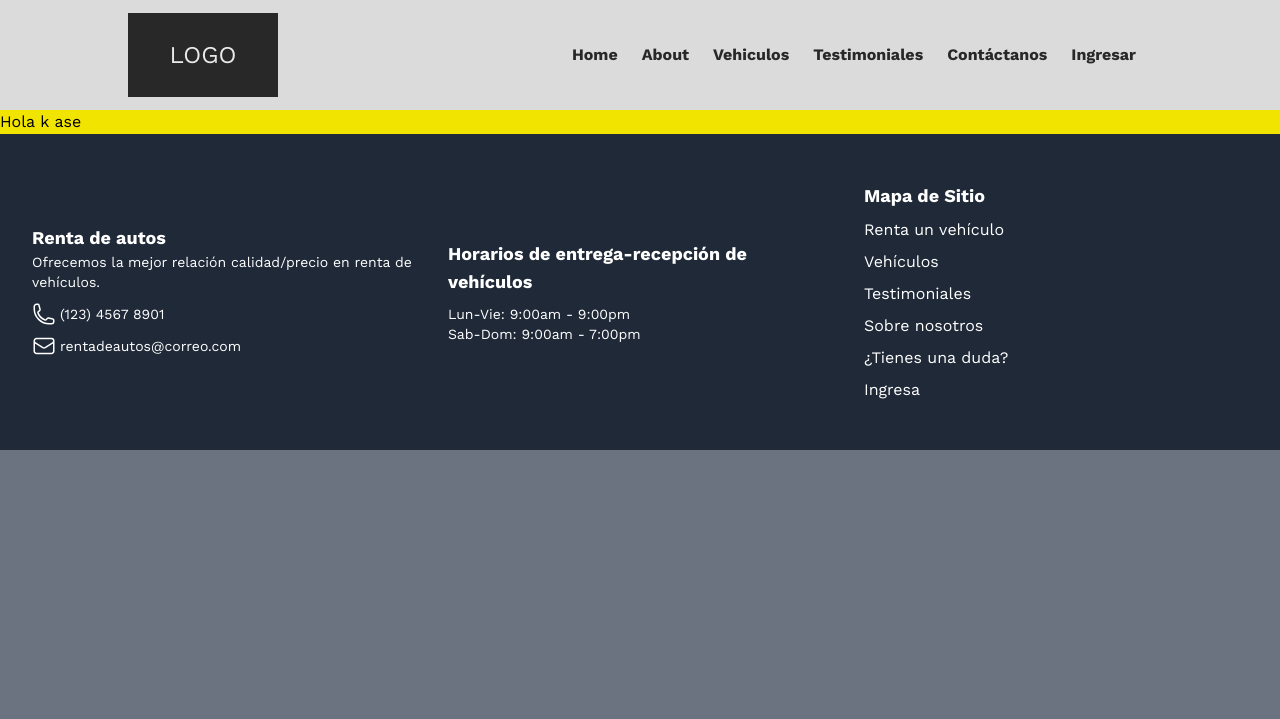
Repository: aldovelacasas/PF_RentCar2
Page: /
The author's editor kept a copy of each file at every save. The page is drawn from the files as they stood at one save, then again after the next save.
The browser window is 1280 px wide. The pictures show the whole page.
The project was rebuilt for these pictures with package versions that can differ from the ones it lists, and the page was loaded fresh each time. The framework's server and built-in components were replaced by stand-ins that run in the browser. Also part of the build but not shown: next.config.js.

Above is the page before, as saved 2023-08-30 09:43:01.

### src/app/layout.jsx
import "./globals.css";
import Navbar from "@/components/Navbar/Navbar";
import Footer from "@/components/footer";
import { Inter } from "next/font/google";

const inter = Inter({ subsets: ["latin"] });

export const metadata = {
  title: "Create Next App",
  description: "Generated by create next app",
};

export default function RootLayout({ children }) {
  return (
    <html lang="en">
      <body className={inter.className}>
        <Navbar />
        <div className="">{children}</div>
        <Footer />
      </body>
    </html>
  );
}

### src/app/page.jsx
function HomePage() {
  return (
    <div className="bg-amarillo_status">
      <p>Hola k ase</p>
    </div>
  );
}

export default HomePage;

### src/app/api/bookings/route.js
import { NextResponse } from "next/server";
import {conn} from "@/libs/mysql";

export async function POST (request) {
    try {
      const {userID, productID, fecha_inicio, fecha_fin,  }= await request.json();
      const statusB=1

      const result  = await conn.query("INSERT INTO bookings SET ?", {
          userID,
          productID,
          fecha_inicio,
          fecha_fin,
          statusB
      })

      return NextResponse.json({
          userID,
          productID,
          fecha_inicio,
          fecha_fin,
          statusB,
          id: result.insertId,

      })

    } catch (error) {
      console.log(error);
      return NextResponse.json(
      {
          message: error.message,
      },
      {
          status:500,
      }
      );
    }

  }

### src/app/api/products/[id]/route.js
import { NextResponse } from "next/server";
import {conn} from "@/libs/mysql"

export async function GET(request,{params}){
  try {
    const result = await conn.query("SELECT * FROM product WHERE id = ?", [params.id])
    if(result.length === 0 ){
        return NextResponse.json(
         {
            message: "producto no encontrado",
         },
         {
            status:404,
         }
        );
    }
    return NextResponse.json(result[0])
  } catch (error) {
    return NextResponse.json(
        {
            message:error.message,
        },
        {status: 500}
    )
  }
}

export async function DELETE (request,{params} ){
    try {
     const result = await conn.query("DELETE FROM product WHERE id = ?", [params.id]);
     if(result.affectedRows === 0){
         return NextResponse.json({message:"Producto no encontrado"},{status:404})
     }

     return new Response (null, {status: 204})
 } catch (error) {
     return NextResponse.json({message:error.message},{status:500})
 }
    }

export async  function PUT(request, {params}){
   try {
    const data = await request.json()
    const result = await conn.query("UPDATE product SET ? WHERE id = ?", [data , params.id])

    if (result.affectedRows === 0) {
        return NextResponse.json(
        {
            message: "producto no encontrado",
        },
        {
            status: 400,
        }
        )
    }
     const updateProduct = await conn.query("SELECT * FROM product WHERE id = ?", [params.id])

  return NextResponse.json(updateProduct[0])

   } catch (error) {
    return NextResponse.json(
        {
            message: error.message,
        },
        { status: 500}
    )
   }
}

### src/app/api/products/route.js
import { NextResponse } from "next/server";
import {conn} from "@/libs/mysql";

export async function GET(){
    try {
        const results = await conn.query("SELECT * FROM product");
        return NextResponse.json(results)

    } catch (error) {
        return NextResponse.json(
        {
          message: error.message,
        },
        {
            status:500,
        }

        );
    }
}

    export async function POST (request) {
  try {
    const {name, price, year, model, capacity, type, description, image, transmission,  }= await request.json();

    const result  = await conn.query("INSERT INTO product SET ?", {
        name,
        price,
        year,
        model,
        capacity,
        type,
        transmission,
        image,
        description

    })

    return NextResponse.json({
        name,
        price,
        year,
        model,
        capacity,
        type,
        transmission,
        image,
        description,
        id: result.insertId,

    })

  } catch (error) {
    console.log(error);
    return NextResponse.json(
    {
        message: error.message,
    },
    {
        status:500,
    }
    );
  }

}

### src/app/globals.css
@tailwind base;
@tailwind components;
@tailwind utilities;

body {
   @apply bg-gray-500; /* Fondo más claro */
   color: gray-800; /* Texto oscuro */
}

### src/components/NavBar/Navbar.jsx
"use client";

import Link from "next/link";
// import Image from "next/image";
import React, { useState } from "react";
// import Logo from "./Logo";
import NavItem from "./NavItem";
import "./nav.css";

const MENU_LIST = [
  { text: "Home", href: "/" },
  { text: "About", href: "/about" },
  { text: "Vehiculos", href: "/" },
  { text: "Testimoniales", href: "/" },
  { text: "Contáctanos", href: "/" },
  { text: "Ingresar", href: "/" },
];
const Navbar = () => {
  const [navActive, setNavActive] = useState(null);
  const [activeIdx, setActiveIdx] = useState(-1);

  return (
    <>
      <nav className={`nav navBar`}>
        <div className="boxLogo">
          <Link href="/about">
            <h1 className="logo">LOGO</h1>
          </Link>
          <div className="HomeLogo">
            <Link href="/">
              <span className="nav__item">Home</span>
            </Link>
          </div>
        </div>

        <div
          onClick={() => setNavActive(!navActive)}
          className={`nav__menu-bar`}>
          <div></div>
          <div></div>
          <div></div>
        </div>
        <div className={`${navActive ? "active" : ""} nav__menu-list`}>
          {MENU_LIST.map((menu, idx) => (
            <div
              onClick={() => {
                setActiveIdx(idx);
                setNavActive(false);
              }}
              key={menu.text}
              className={menu.text === "Home" ? "HomeMenu" : ""}>
              <NavItem
                active={activeIdx === idx}
                className={menu.text === "Home" ? "HomeMenu" : ""}
                {...menu}
              />
            </div>
          ))}
        </div>
      </nav>
    </>
  );
};

export default Navbar;

### src/components/footer.jsx
"use client";
import Link from "next/link";

function Footer() {
  return (
    <div className="bg-gray-800 text-white py-8 flex flex-col sm:flex-row justify-between items-center p-4 font-poppins">
      <div className="sm:w-1/3 p-4">
        <h3 className="text-lg font-semibold">Renta de autos</h3>
        <p className="text-sm">
          Ofrecemos la mejor relación calidad/precio en renta de vehículos.
        </p>
        <div className="flex items-center text-sm mt-2">
          <svg
            xmlns="http://www.w3.org/2000/svg"
            fill="none"
            viewBox="0 0 24 24"
            strokeWidth={1.5}
            stroke="currentColor"
            className="w-6 h-6">
            <path
              strokeLinecap="round"
              strokeLinejoin="round"
              d="M2.25 6.75c0 8.284 6.716 15 15 15h2.25a2.25 2.25 0 002.25-2.25v-1.372c0-.516-.351-.966-.852-1.091l-4.423-1.106c-.44-.11-.902.055-1.173.417l-.97 1.293c-.282.376-.769.542-1.21.38a12.035 12.035 0 01-7.143-7.143c-.162-.441.004-.928.38-1.21l1.293-.97c.363-.271.527-.734.417-1.173L6.963 3.102a1.125 1.125 0 00-1.091-.852H4.5A2.25 2.25 0 002.25 4.5v2.25z"
            />
          </svg>

          <span className="m-1">(123) 4567 8901</span>
        </div>
        <div className="flex items-center text-sm mt-1">
          <svg
            xmlns="http://www.w3.org/2000/svg"
            fill="none"
            viewBox="0 0 24 24"
            strokeWidth={1.5}
            stroke="currentColor"
            className="w-6 h-6">
            <path
              strokeLinecap="round"
              strokeLinejoin="round"
              d="M21.75 6.75v10.5a2.25 2.25 0 01-2.25 2.25h-15a2.25 2.25 0 01-2.25-2.25V6.75m19.5 0A2.25 2.25 0 0019.5 4.5h-15a2.25 2.25 0 00-2.25 2.25m19.5 0v.243a2.25 2.25 0 01-1.07 1.916l-7.5 4.615a2.25 2.25 0 01-2.36 0L3.32 8.91a2.25 2.25 0 01-1.07-1.916V6.75"
            />
          </svg>

          <span className="m-1"> rentadeautos@correo.com</span>
        </div>
      </div>
      <div className="sm:w-1/3 p-4 mt-4 sm:mt-0">
        <h4 className="text-lg font-semibold">
          Horarios de entrega-recepción de vehículos
        </h4>
        <p className="text-sm mt-2">
          Lun-Vie: 9:00am - 9:00pm
          <br />
          Sab-Dom: 9:00am - 7:00pm
        </p>
      </div>
      <div className="sm:w-1/3 p-4 mt-4 sm:mt-0 w-full">
        <h2 className="text-lg font-semibold">Mapa de Sitio</h2>
        <ul className="mt-2 space-y-2 sm:ml-0 sm:pl-0">
          <li className="text-red">
            <Link href="/rent" className="hover:font-bold">
              Renta un vehículo
            </Link>
          </li>
          <li>
            <Link href="/cars" className="hover:font-bold">
              Vehículos
            </Link>
          </li>
          <li>
            <Link href="/testimoniales" className="hover:font-bold">
              Testimoniales
            </Link>
          </li>
          <li>
            <Link href="/about" className="hover:font-bold">
              Sobre nosotros
            </Link>
          </li>
          <li>
            <Link href="/contact" className="hover:font-bold">
              ¿Tienes una duda?
            </Link>
          </li>
          <li>
            <Link href="/signin" className="hover:font-bold">
              Ingresa
            </Link>
          </li>
        </ul>
      </div>
    </div>
  );
}

export default Footer;

### src/components/NavBar/NavItem.jsx
import Link from "next/link";
const NavItem = ({ text, href, active }) => {
  const className =
    text === "Home"
      ? "nav__item HomeMenu"
      : `nav__item ${active ? "active" : ""}`;
  return (
    <Link href={href}>
      <span className={className}>{text}</span>
    </Link>
  );
};

export default NavItem;

### src/components/NavBar/nav.css
@import url("https://fonts.googleapis.com/css2?family=Work+Sans:wght@400;500;700&display=swap");
@import url("https://fonts.googleapis.com/css2?family=Rubik:wght@500&display=swap");
* {
  margin: 0;
  padding: 0;
  outline: none;
  box-sizing: border-box;
  font-family: "Work Sans", sans-serif;
}
a {
  text-decoration: none;
  color: inherit;
}
.navBar {
  position: sticky;
  z-index: 30;
  top: 0;
}
nav {
  font-family: "Rubik", sans-serif;
  display: flex;
  justify-content: space-between;
  align-items: center;
  background-color: #dbdbdb;
  color: #282828;
  padding: 2%;
}

.logo {
  background-color: #282828;
  color: #e9e9e9;
  width: 80px;
  text-align: center;
  padding: 0.5rem;
  font-size: 1rem;
}

.nav__menu-bar {
  display: flex;
  flex-direction: column;
  row-gap: 6px;
  cursor: pointer;
}
.nav__menu-bar div {
  width: 40px;
  height: 4px;
  background-color: #282828;
  margin-right: 1rem;
  border-radius: 2px;
}
.nav__menu-list {
  display: flex;
  flex-direction: column;
  position: fixed;
  top: 70px;
  width: 220px;
  row-gap: 24px;
  right: -300px;
  padding: 24px 16px;
  margin-top: 0rem;
  transition: all 0.2s;
  min-height: calc(100vh - 60px);
  font-size: 1rem;
  background-color: #f1f1f1;
}
.nav__menu-list.active {
  right: 0;
  top: 53px;
}
.nav__menu-list span {
  font-weight: 600;
  transition: all 0.3s;
}

.nav__menu-list span:hover {
  /* font-weight: bold; */
  color: #ea4f39;
}
.boxLogo {
  display: flex;
  align-items: center;
  gap: 1rem;
}

.HomeLogo {
  font-size: 1rem;
  font-weight: 600;
  transition: 0.3s;
}

.HomeLogo:hover {
  color: #ea4f39;
}
.center {
  min-height: 600px;
  display: flex;
  justify-content: center;
  align-items: center;
}

.HomeMenu {
  display: none;
}

@media screen and (min-width: 1100px) {
  nav {
    padding: 1% 10% 1% 10%;
  }
  .HomeMenu {
    display: block;
  }
  .nav__menu-list {
    background-color: #dbdbdb;
  }
  .HomeLogo {
    display: none;
    font-size: 2rem;
  }
  .logo {
    background-color: #282828;
    color: #e9e9e9;
    width: 150px;
    text-align: center;
    padding: 1.5rem;
    font-size: 1.5rem;
  }
  .nav__menu-bar {
    display: none;
  }
  .nav__menu-list {
    position: unset;

    flex-direction: row;
    min-height: fit-content;
    width: fit-content;
    column-gap: 24px;
    align-items: center;
  }
  .nav__link::before {
    content: "";
    position: absolute;
    width: 0%;
    height: 6px;
    bottom: -16px;
    left: 0;
    background-color: black;

    transition: all 0.2s;
  }

  .nav__link:hover:before {
    width: 100%;
  }
}

### tailwind.config.js
/** @type {import('tailwindcss').Config} */
module.exports = {
  content: [
    "./src/pages/**/*.{js,ts,jsx,tsx,mdx}",
    "./src/components/**/*.{js,ts,jsx,tsx,mdx}",
    "./src/app/**/*.{js,ts,jsx,tsx,mdx}",
  ],
  theme: {
    extend: {
      backgroundImage: {
        "gradient-radial": "radial-gradient(var(--tw-gradient-stops))",
        "gradient-conic":
          "conic-gradient(from 180deg at 50% 50%, var(--tw-gradient-stops))",
      },
      colors: {
        gris_fondo: "#dbdbdb",
        gris_frente: "#e9e9e9",
        negro_fondo: "#282828",
        naranja_enf: "#ea4f39",
        rojo_status: "#e30613",
        verde_status: "#4aaf4d",
        amarillo_status: "#f0e400",
      },
    },
  },
  plugins: [],
};

Loaded but not shown: src/app/api/bookings/[id]/route.js (no copy from this time; the picture is the same without it); src/app/api/create-payment-intent/route.js (no copy from this time; the picture is the same without it); src/app/api/post/[id]/route.js (no copy from this time; the picture is the same without it); src/app/api/post/route.js (no copy from this time; the picture is the same without it); src/app/api/users/[id]/route.js (no copy from this time; the picture is the same without it); src/app/api/users/route.js (no copy from this time; the picture is the same without it)

After the next save:
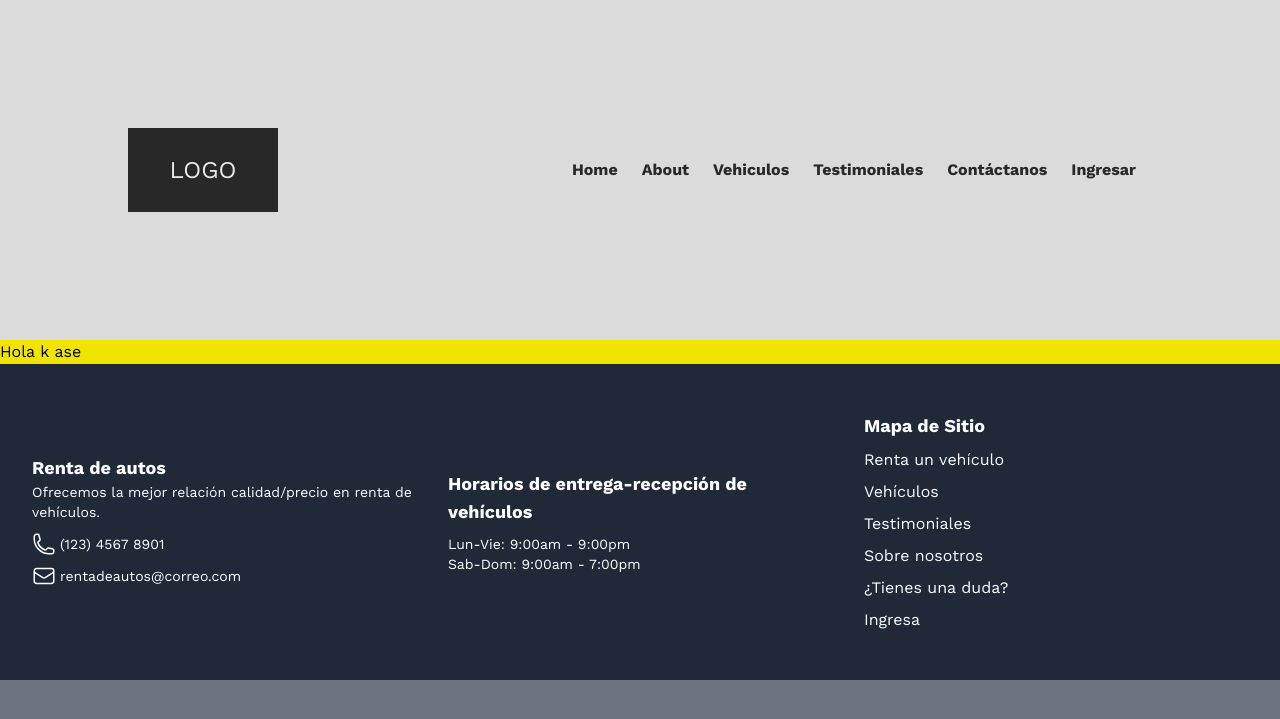
Saved 2 min 0 s later.
--- a/src/components/NavBar/nav.css
+++ b/src/components/NavBar/nav.css
@@ -104,7 +104,7 @@ nav {
 
 @media screen and (min-width: 1100px) {
   nav {
-    padding: 1% 10% 1% 10%;
+    padding: 10%;
   }
   .HomeMenu {
     display: block;
